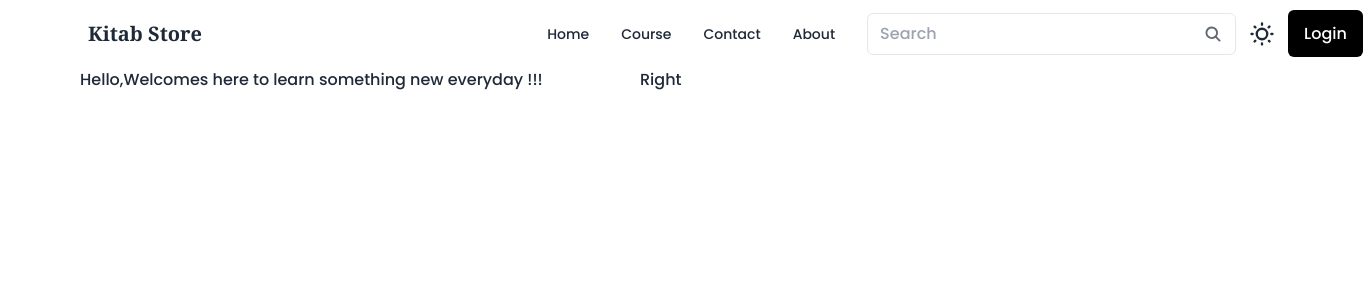
Repository: diensy/Kitab.com
Page: / (app in Frontend/)
An editor plug-in stored every save of this project. The page is shown before and after a run of saves, followed by the edit.
The browser window is 1280 px wide. The page is 1363 px wide, so the pictures cover 1363 px, including what lies to the right of the window. The pictures show the whole page.
The project was rebuilt for these pictures with package versions that can differ from the ones it lists, and the page was loaded fresh each time. Also part of the build but not shown: Frontend/vite.config.js.

Above is the page before, as saved 2024-07-28 23:17:52.

After the next 3 saves:
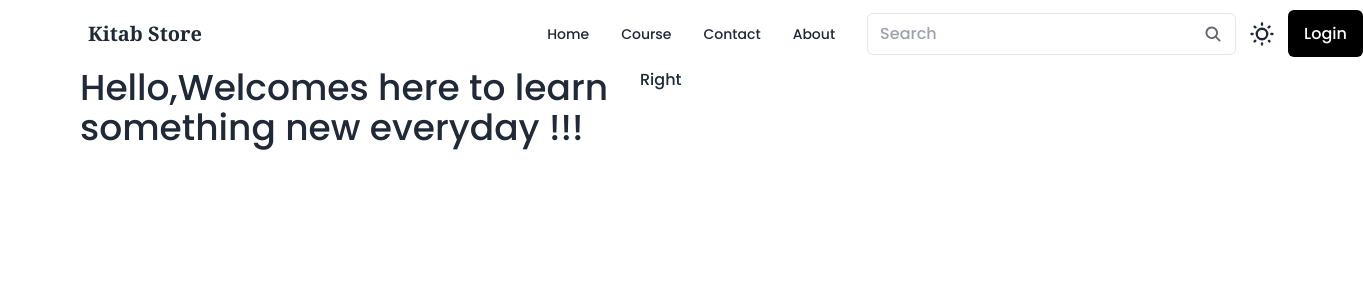
The 3 saves are shown as one change because they came seconds apart.
The last was saved 11 s later.
--- a/Frontend/src/Components/Banner.jsx
+++ b/Frontend/src/Components/Banner.jsx
@@ -5,7 +5,7 @@ const Banner = () => {
     <>
       <div className="max-w-screen-2xl container mx-auto md:px-20 px-4 flex flex-col md:flex-row">
         <div className="w-full md:w-1/2">
-          <h1 className="text-">Hello,Welcomes here to learn something new everyday !!!</h1>
+          <h1 className="text-4xl text">Hello,Welcomes here to learn something new everyday !!!</h1>
         </div>
         <div className="w-full md:w-1/2">Right</div>
       </div>
